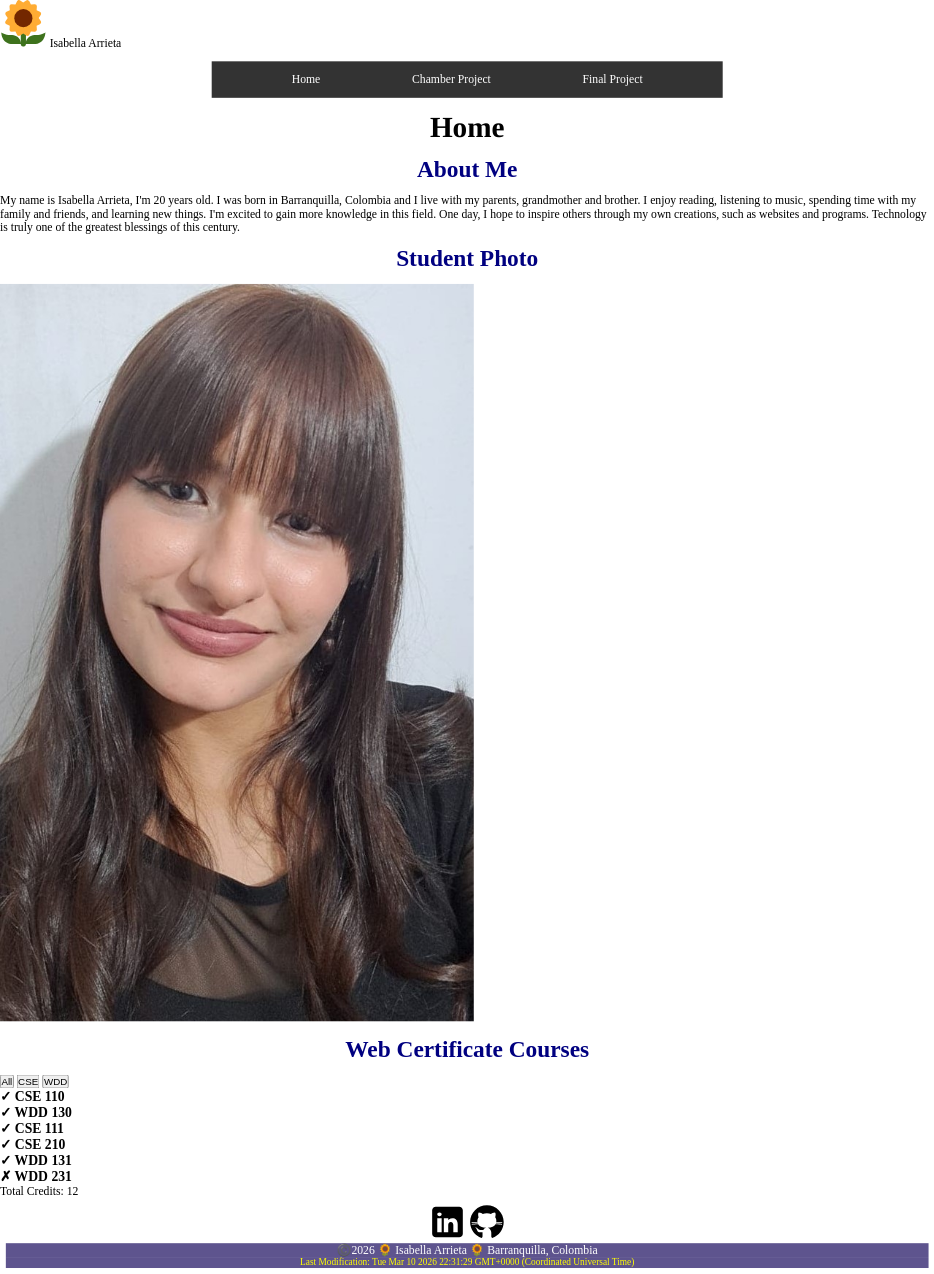
Repository: isaAJ05/wdd231
Page: index.html
An editor plug-in stored every save of this project. The page is shown before and after the next save, followed by the edit.
The browser window is 1280 px wide. The pictures show the whole page, at 73% of full size.
Some web fonts or font styles are not loaded; a fallback is used.

Above is the page before, as saved 2026-03-10 23:15:16.

After the next save:
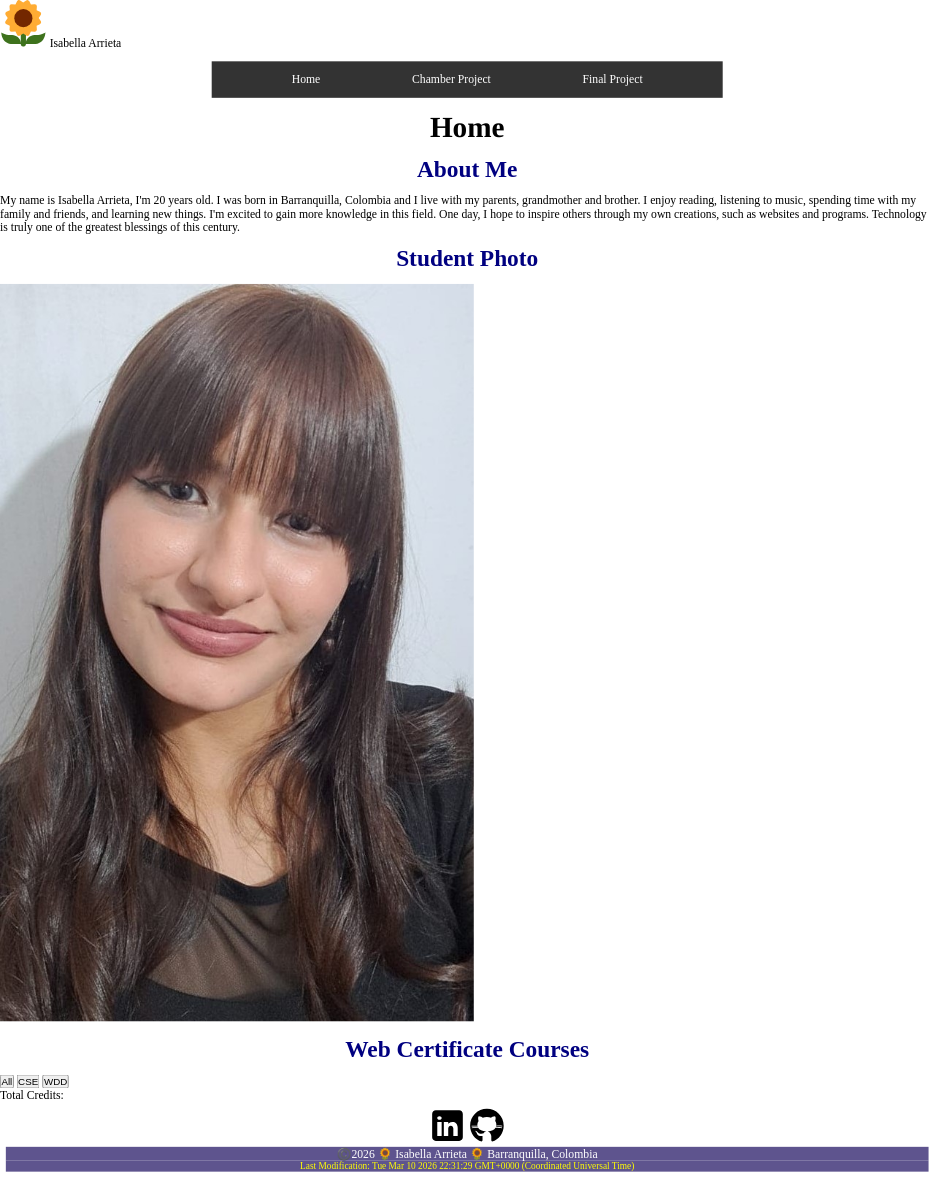
Console error: SyntaxError: Unexpected token '}'
Saved 10 s later.
--- a/scripts/courses.js
+++ b/scripts/courses.js
@@ -98,7 +98,7 @@
         }
 
         card.innerHTML = `
-            <h3>${course.completed ? '✓' : '✗'} ${course.subject} ${course.number}</h3>
+            <h3>${course.completed ? '✓'} ${course.subject} ${course.number}</h3>
         `;
 
         courseContainer.appendChild(card); // add the card to the container

After the 4 saves that followed:
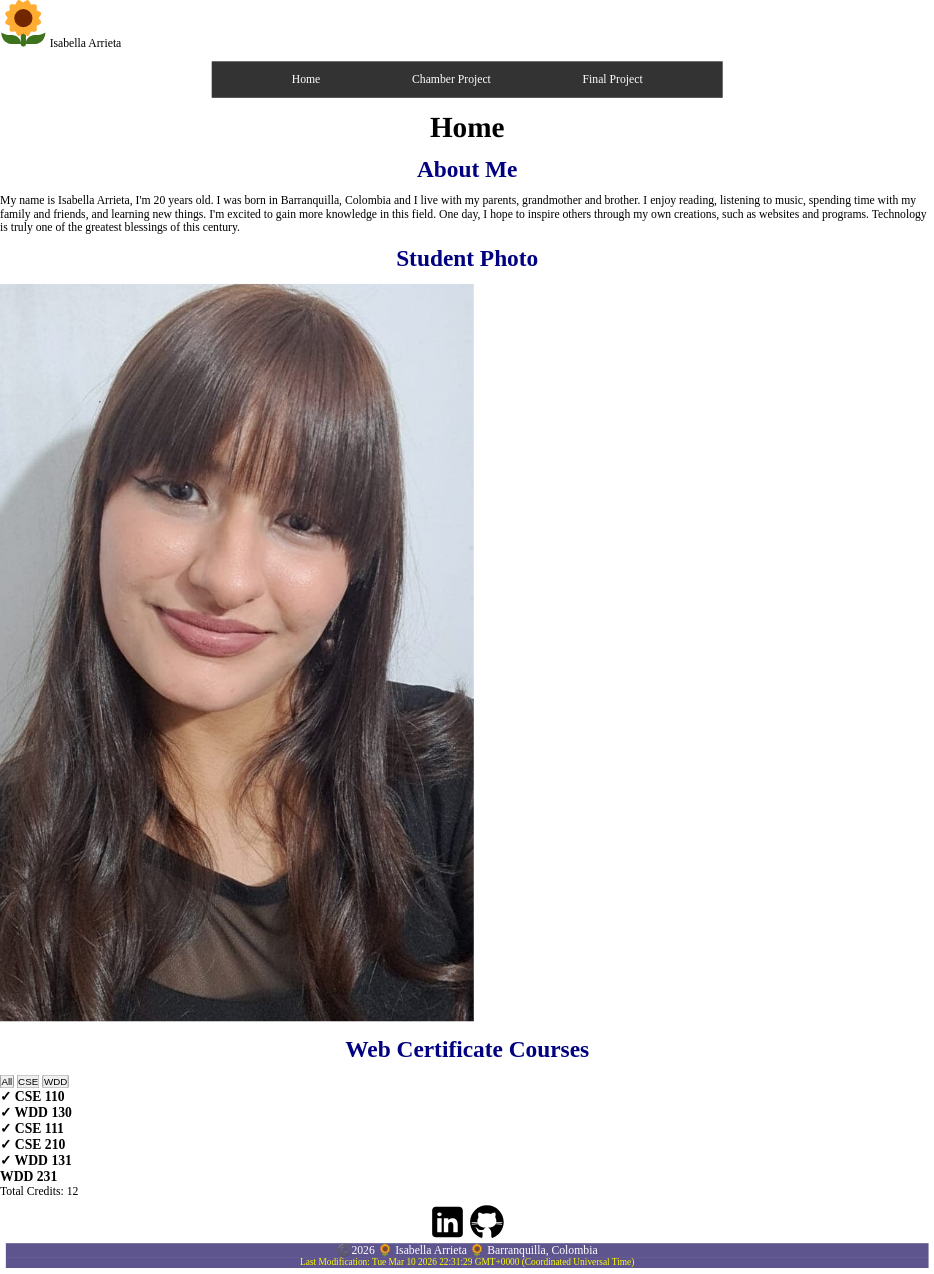
The error is gone.
The 4 saves are shown as one change because they came seconds apart.
The last was saved 12 s later.
--- a/scripts/courses.js
+++ b/scripts/courses.js
@@ -98,7 +98,7 @@
         }
 
         card.innerHTML = `
-            <h3>${course.completed ? '✓'} ${course.subject} ${course.number}</h3>
+            <h3>${course.completed ? '✓' : ''} ${course.subject} ${course.number}</h3>
         `;
 
         courseContainer.appendChild(card); // add the card to the container
